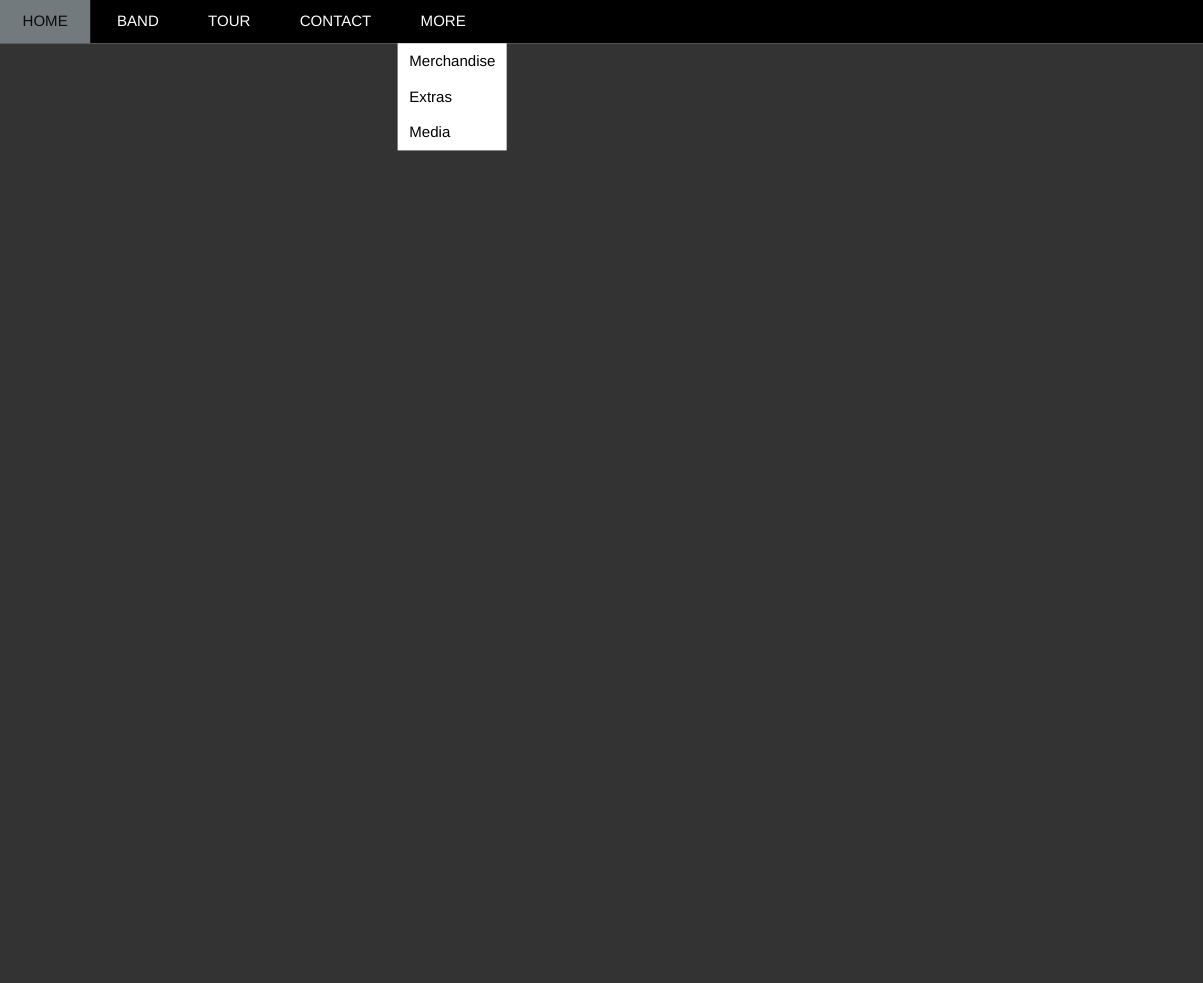
Repository: anhviet-key/hello-cac-ban
Page: HTMS_CSS ZERO 0/index.html
These files come from the project's save history. The page is drawn as it stood at one moment and after the next save; the edit follows.
The browser window is 1280 px wide. The pictures show the whole page, at 94% of full size.

Above is the page before, as saved 2021-10-03 23:08:52.

After the next save:
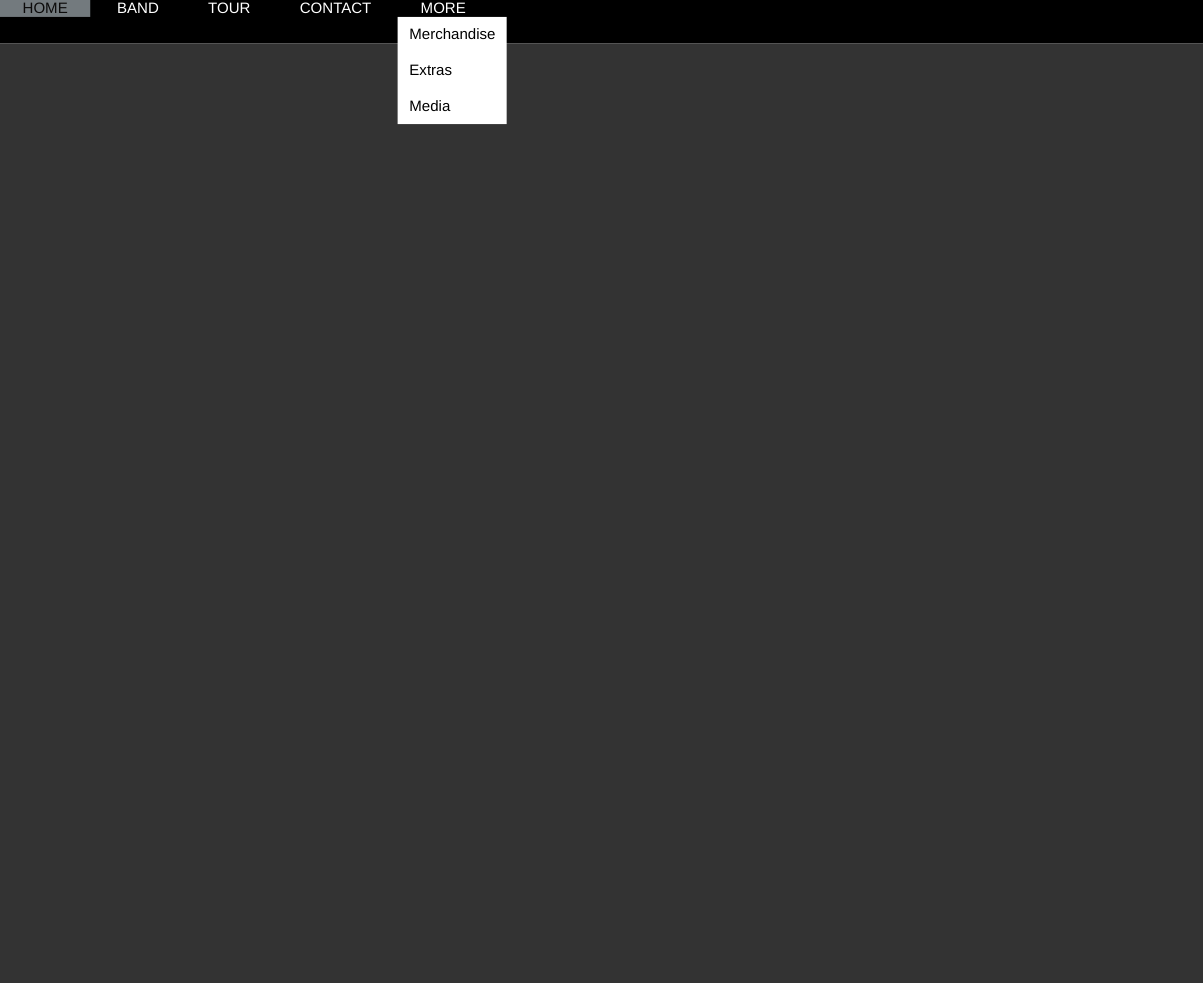
Saved 119 s later.
--- a/HTMS_CSS ZERO 0/assets/css/style.css
+++ b/HTMS_CSS ZERO 0/assets/css/style.css
@@ -33,7 +33,7 @@
 #nav li a {
     /* color: #fff; */
     text-decoration: none;
-    line-height: 46px;
+    /* line-height: 46px; */
     padding: 0px 24px;
     display: block;
 }

After the save that followed:
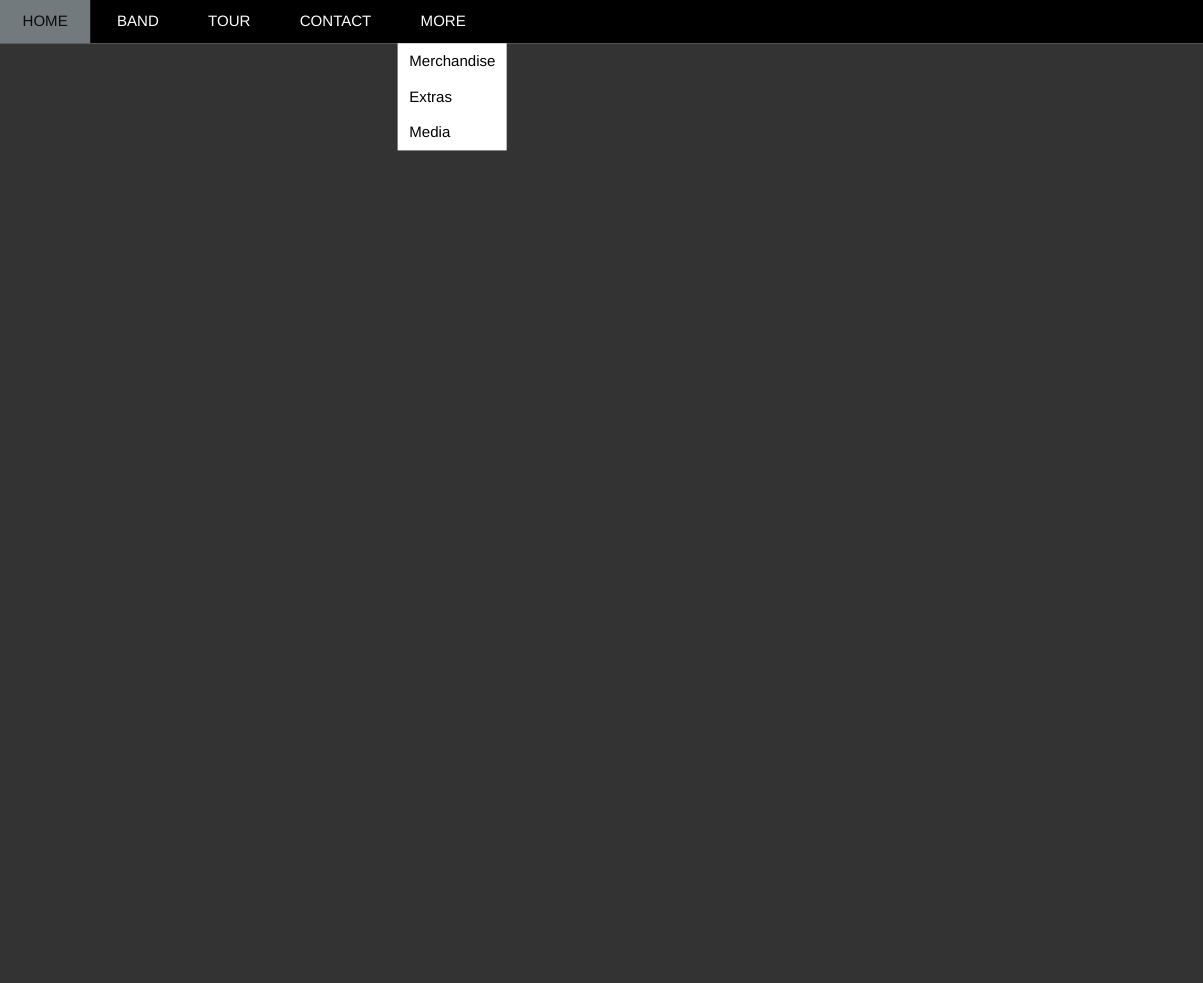
Saved 4 s later.
--- a/HTMS_CSS ZERO 0/assets/css/style.css
+++ b/HTMS_CSS ZERO 0/assets/css/style.css
@@ -33,7 +33,7 @@
 #nav li a {
     /* color: #fff; */
     text-decoration: none;
-    /* line-height: 46px; */
+    line-height: 46px;
     padding: 0px 24px;
     display: block;
 }
